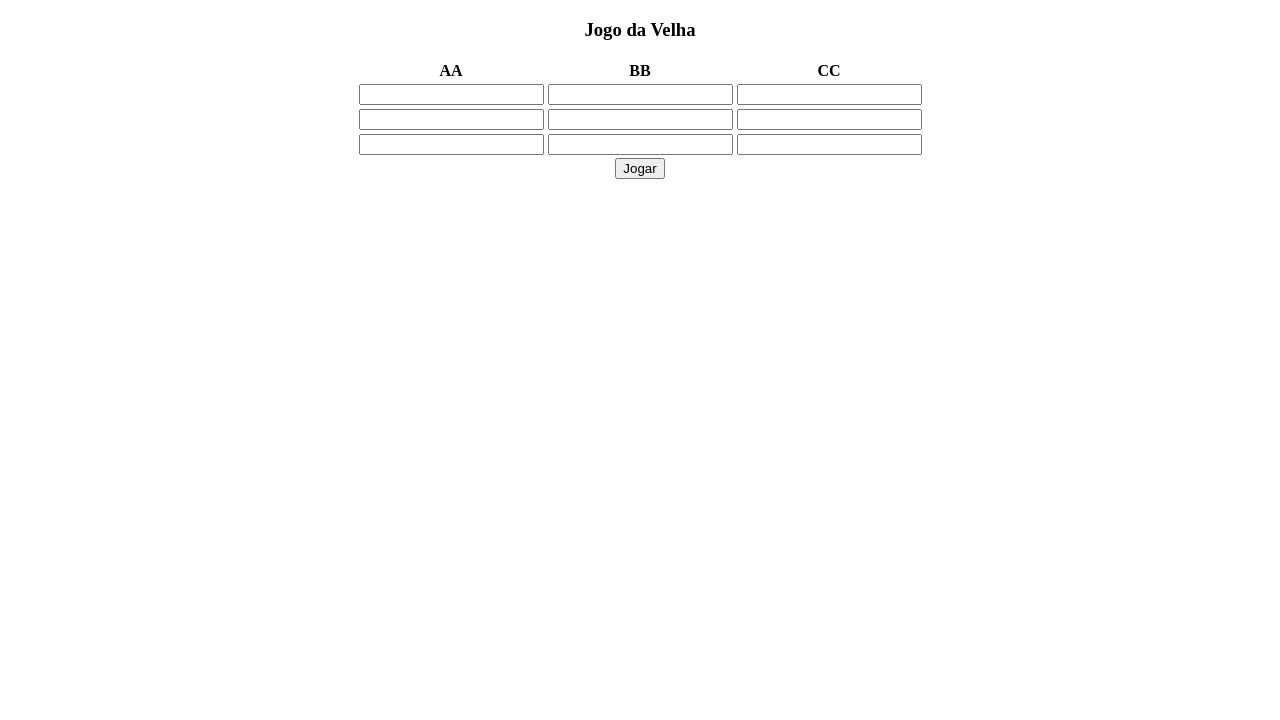
Repository: heitorAlbu/Jogodavelha
Page: Jogo/WebContent/Home.html
An editor plug-in stored every save of this project. The page is shown before and after the next save, followed by the edit.
The browser window is 1280 px wide. The pictures show the whole page.

Above is the page before, as saved 2020-05-31 03:31:53.

### Jogo/WebContent/Home.html
<!DOCTYPE html>
<html>
<head>
<meta charset="ISO-8859-1">
<title>Jogo da  Velha </title>
</head>
<body>

	<center>
		<h3>Jogo da Velha</h3>
		<form action="/Jogo/JogoDaVelhaServlet" method="get">
			<table>
		<thead>
			<tr>
				<th>AA</th>
				<th>BB</th>
				<th>CC</th>
			</tr>
		</thead>

		<tbody>
		<tr>
			<td><input type="text" name="0x0"></td>
			<td><input type="text" name="0x1"></td>
			<td><input type="text" name="0x2"></td>
		</tr>
		<tr>
			<td><input type="text" name="1x0"></td>
			<td><input type="text" name="1x1"></td>
			<td><input type="text" name="1x2" ></td>
		</tr>
		<tr>
			<td><input type="text" name="2x0"></td>
			<td><input type="text" name="2x1"></td>
			<td><input type="text" name="2x2"></td>
		</tr>

		</tbody>

	</table>
		<button type="submit" >Jogar</button>
		</form>


	</center>



	<script>

	</script>
</body>
</html>

After the next save:
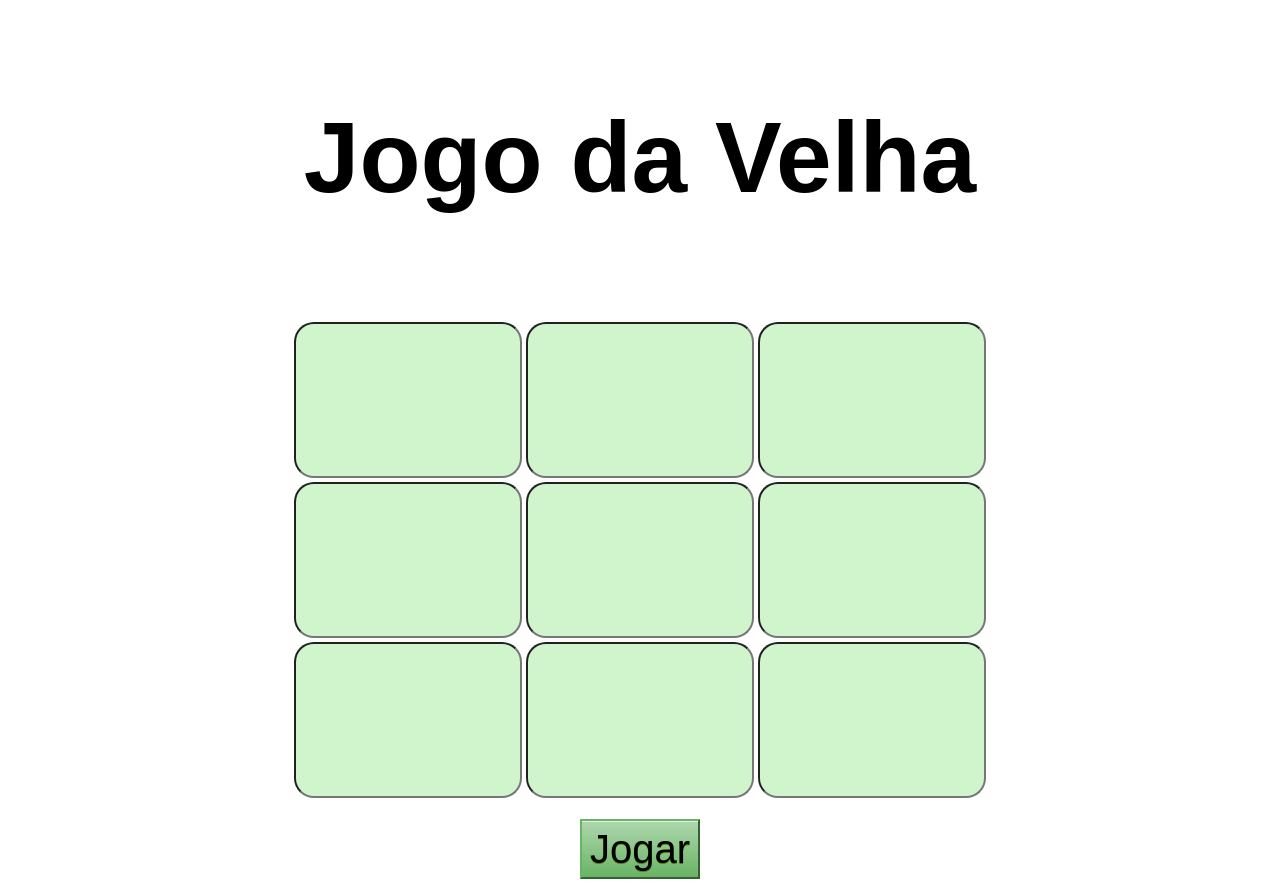
Console error: TypeError: Cannot read properties of undefined (reading 'addEventListener')
Saved 6 days later.
--- a/Jogo/WebContent/Home.html
+++ b/Jogo/WebContent/Home.html
@@ -3,51 +3,101 @@
 <head>
 <meta charset="ISO-8859-1">
 <title>Jogo da  Velha </title>
+
+<style>
+.selecionadoPc{
+color:red;
+}
+h3{
+	font-size: 100px;
+	font-family: Arial, Helvetica, sans-serif;
+}
+input{
+	border-radius:20px;
+	background: #d0f5cd;
+	width: 220px;
+	height: 150px;
+	font-size:100px;
+}
+button{
+	font-size: 40px;
+	border-color:#68b465;
+	background:linear-gradient(to bottom, #abd5aa 5%, #68b465  100%);
+	box-shadow:inset 0px 1px 0px 0px #e3f1e3;
+	text-shadow:0px 1px 0px #528009;
+	width: 120px;
+	height: 60px;
+}
+</style>
+
 </head>
 <body>
-
 	<center>
-		<h3>Jogo da Velha</h3>
+		<h3 class="t1">Jogo da Velha</h3>
 		<form action="/Jogo/JogoDaVelhaServlet" method="get">
 			<table>
 		<thead>
 			<tr>
-				<th>AA</th>
-				<th>BB</th>
-				<th>CC</th>
+				<th></th>
+				<th></th>
+				<th></th>
 			</tr>
 		</thead>
-
 		<tbody>
 		<tr>
-			<td><input type="text" name="0x0"></td>
-			<td><input type="text" name="0x1"></td>
-			<td><input type="text" name="0x2"></td>
+			<td><input type="text" name="0x0" id="0x0" style="text-align: center;" autocomplete="off" readonly></td>
+			<td><input type="text" name="0x1" id="0x1" style="text-align: center;" autocomplete="off" readonly></td>
+			<td><input type="text" name="0x2" id="0x2" style="text-align: center;" autocomplete="off" readonly></td>
+		</tr>
+
+		<tr>
+			<td><input type="text" name="1x0" id="1x0" style="text-align: center;" autocomplete="off" readonly></td>
+			<td><input type="text" name="1x1" id="1x1" style="text-align: center;" autocomplete="off" readonly></td>
+			<td><input type="text" name="1x2" id="1x2" style="text-align: center;" autocomplete="off" readonly></td>
 		</tr>
 		<tr>
-			<td><input type="text" name="1x0"></td>
-			<td><input type="text" name="1x1"></td>
-			<td><input type="text" name="1x2" ></td>
+			<td><input type="text" name="2x0" id="2x0" style="text-align: center;" autocomplete="off" readonly></td>
+			<td><input type="text" name="2x1" id="2x1" style="text-align: center;" autocomplete="off" readonly></td>
+			<td><input type="text" name="2x2" id="2x2" style="text-align: center;" autocomplete="off" readonly></td>
 		</tr>
-		<tr>
-			<td><input type="text" name="2x0"></td>
-			<td><input type="text" name="2x1"></td>
-			<td><input type="text" name="2x2"></td>
-		</tr>
-
 		</tbody>
-
 	</table>
-		<button type="submit" >Jogar</button>
-		</form>
-
-
+	<br>
+	<button type="submit">Jogar</button>
+	</form>
 	</center>
-
-
-
-	<script>
-
+	<script type="text/javascript">
+	var  t1 = document.getElementsByClassName("t1");
+	var  celulas = document.getElementsByTagName("input")
+	var clickFlag = "";
+			for(var index = 0; 1 < celulas.length; index ++){
+				celulas[index].addEventListener("click", function(){
+					var elemento = document.getElementById(this.id);
+					if(!elemento.classList.contains("selecionado") && (!elemento.classList.contains("selecionadoPc"))){
+						elemento.value = "X";
+						this.classList.add("selecionado")
+					}else{
+						this.classList.remove('selecionado')
+						elemento.value = "";
+					}
+						clickFlag = "click";
+				})
+				celulas[index].addEventListener("mouseover", function(){
+					var elemento = document.getElementById(this.id);
+					if(!elemento.classList.contains("selecionadoPc")){
+						elemento.value = 'X';
+						clickFlag = "";
+					}
+				})
+				celulas[index].addEventListener("mouseleave", function(){
+					var elemento = document.getElementById(this.id);
+					if(!elemento.classList.contains('selecionado')){
+						if(!clickFlag == "click" || clickFlag == ""){
+						elemento.value = "";
+						}
+					}
+				})
+			}
 	</script>
 </body>
 </html>
